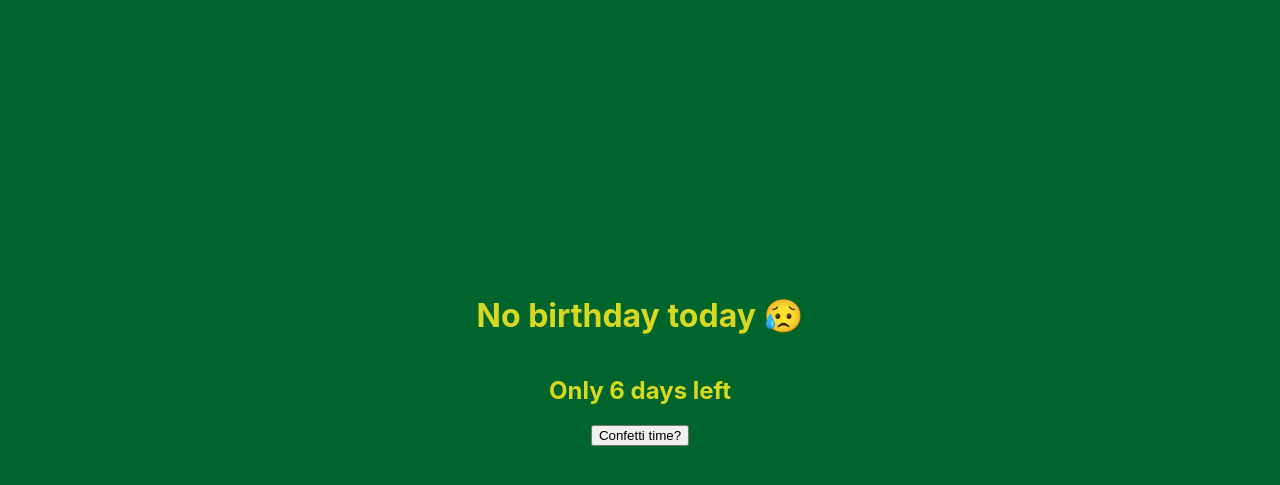
Repository: David-Waite/HannahsBirthdayWebsite
Page: /
The author's editor kept a copy of each file at every save. The page is drawn from the files as they stood at one save, then again after a run of saves.
The browser window is 1280 px wide. The pictures show the whole page.
The project was rebuilt for these pictures with package versions that can differ from the ones it lists, and the page was loaded fresh each time.

Above is the page before, as saved 2023-03-30 18:19:34.

After the next 2 saves:
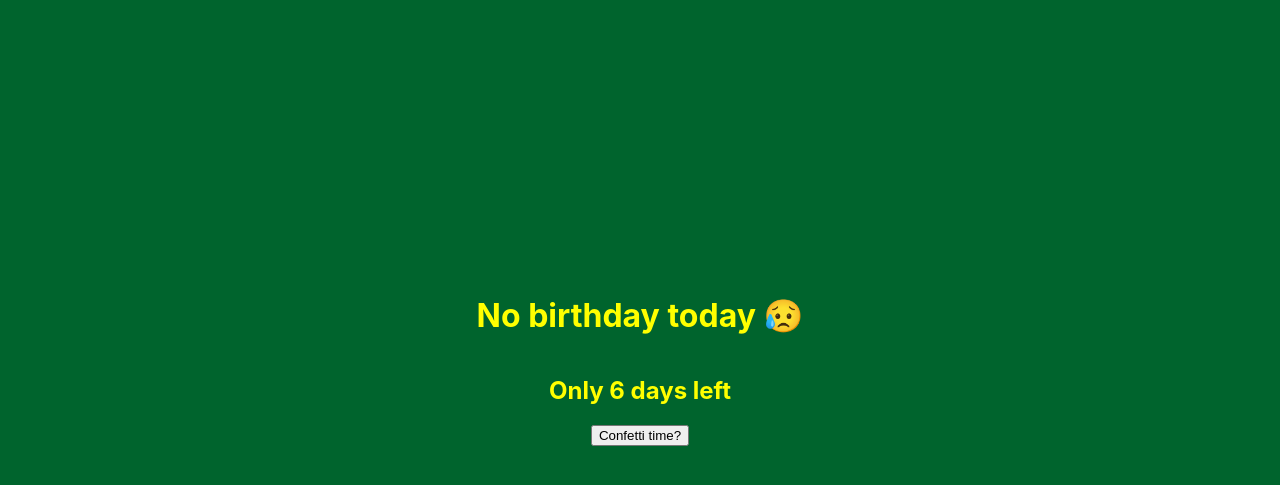
The 2 saves are shown as one change because they came seconds apart.
The last was saved 5 s later.
--- a/src/index.css
+++ b/src/index.css
@@ -15,5 +15,5 @@ body {
   align-items: center;
   justify-content: center;
   background-color: #00642d;
-  color: rgb(216, 216, 33);
+  color: rgb(255, 255, 0);
 }
